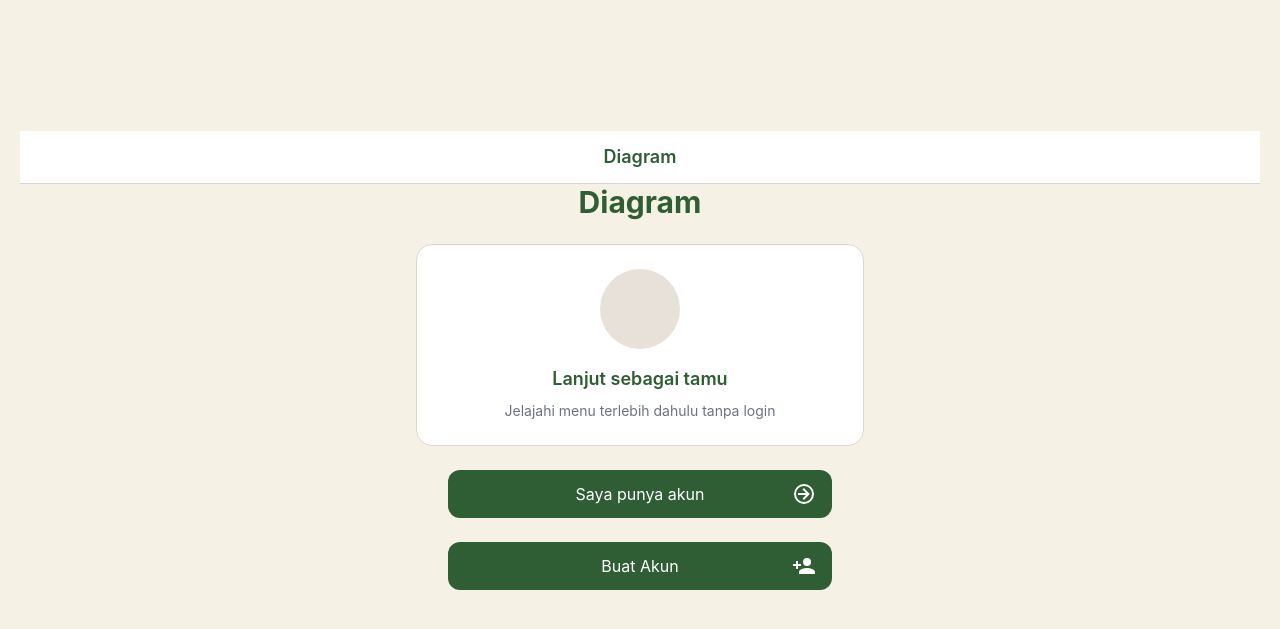
Repository: PajarAland/DiagramCoffee
Page: /
An editor plug-in stored every save of this project. The page is shown before and after the next save, followed by the edit.
The browser window is 1280 px wide. The pictures show the whole page.
The page's requests for data from a server got no answer. The project was rebuilt for these pictures with package versions that can differ from the ones it lists, and the page was loaded fresh each time. Some packages were replaced by stand-ins written for this rebuild. No one was signed in, and anything a server would have sent is missing. Also part of the build but not shown: vite.config.js, src/pages/Login.jsx, src/pages/Register.jsx, src/pages/Home.jsx, src/auth/ProtectedRoute.jsx.

Above is the page before, as saved 2026-04-26 17:56:47.

### index.html
<!doctype html>
<html lang="en">
  <head>
    <meta charset="UTF-8" />
    <link rel="icon" type="image/svg+xml" href="/favicon.svg" />
    <meta name="viewport" content="width=device-width, initial-scale=1.0" />
    <title>diagramcoffee</title>
  </head>
  <body>
    <div id="root"></div>
    <script type="module" src="/src/main.jsx"></script>
  </body>
</html>

### src/index.css
@tailwind base;
@tailwind components;
@tailwind utilities;

body {
  @apply font-sans;
}

### src/App.jsx
import { BrowserRouter, Routes, Route } from "react-router-dom";
import Landing from "./pages/Landing";
import Login from "./pages/Login";
import Register from "./pages/Register";
import Home from "./pages/Home";
import ProtectedRoute from "./auth/ProtectedRoute";
import { AuthProvider } from "./context/AuthContext";

function App() {
  return (
    <AuthProvider>
      <BrowserRouter>
        <Routes>
          <Route path="/" element={<Landing />} />
          <Route path="/login" element={<Login />} />
          <Route path="/register" element={<Register />} />

          <Route
            path="/home"
            element={
              <ProtectedRoute>
                <Home />
              </ProtectedRoute>
            }
          />
        </Routes>
      </BrowserRouter>
    </AuthProvider>
  );
}

export default App;

### src/pages/Landing.jsx
import { useNavigate } from "react-router-dom";
import { Link } from "react-router-dom";
import Navbar from "../components/ui/Navbar";
import arrowIconWhite from "../assets/mdi--arrow-right-thin-circle-outline-white.svg";
import accountAddWhite from "../assets/mdi--account-add-white.svg";

function Landing() {
  const navigate = useNavigate();

  return (
    <div className="min-h-screen bg-[#F5F1E5] flex flex-col items-center justify-center px-5">
      <Navbar title="Diagram" />
      <h1 className="text-3xl font-bold text-[#2F5D34] mb-6">
        Diagram
      </h1>

      <div className="bg-white rounded-2xl p-6 w-full max-w-md text-center border border-[#DDD6CE]">
        <div className="w-20 h-20 bg-[#E8E1D9] rounded-full mx-auto mb-4"></div>

        <Link to="/homeGuest" className="text-[#2F5D34] text-lg font-semibold hover:underline">
          Lanjut sebagai tamu
        </Link>

        <p className="text-gray-500 text-sm mt-2">
          Jelajahi menu terlebih dahulu tanpa login
        </p>
      </div>

      {/* <button onClick={() => navigate("/login")} className="mt-6 w-full max-w-md bg-[#2F5D34] text-white py-3 rounded-xl">
        Saya punya akun
      </button> */}

      <button
        onClick={() => navigate("/login")}
        className="mt-6 w-10/12 max-w-sm bg-[#2F5D34] text-white py-3 rounded-xl relative flex items-center justify-center"
      >
        <span className="text-center">Saya punya akun</span>

        <img
          src={arrowIconWhite}
          alt="arrow"
          className="w-6 h-6 absolute right-4"
        />
      </button>

      {/* <button onClick={() => navigate("/register")} className="mt-3 w-full max-w-md bg-[#446D48] text-white py-3 rounded-xl">
        Buat Akun
      </button> */}

      <button
        onClick={() => navigate("/register")}
        className="mt-6 w-10/12 max-w-sm bg-[#2F5D34] text-white py-3 rounded-xl relative flex items-center justify-center"
      >
        <span className="text-center">Buat Akun</span>

        <img
          src={accountAddWhite}
          alt="account add"
          className="w-6 h-6 absolute right-4"
        />
      </button>
    </div>
  );
}

export default Landing;

### src/context/AuthContext.jsx
import { createContext, useContext, useEffect, useState } from "react";
import API from "../services/api";

const AuthContext = createContext();

export function AuthProvider({ children }) {
  const [user, setUser] = useState(null);
  const [initialized, setInitialized] = useState(false); // penting

  // ambil user sekali saat app start (background)
  const fetchUser = async () => {
    try {
      const res = await API.get("/api/user");
      setUser(res.data.data);
    } catch {
      setUser(null);
    } finally {
      setInitialized(true);
    }
  };

  useEffect(() => {
    fetchUser();
  }, []);

  const refreshUser = async () => {
  try {
    const res = await API.get("/api/user");
    setUser(res.data.data);
  } catch {
    setUser(null);
  } finally {
    setInitialized(true);
  }
};

  const login = (userData) => {
    setUser(userData);
  };

  const logout = async () => {
    await API.post("/api/logout");
    setUser(null);
  };

  return (
    <AuthContext.Provider
      value={{
        user,
        setUser,
        login,
        logout,
        initialized, // status auth selesai dicek
        refreshUser, // fungsi untuk refresh data user
      }}
    >
      {children}
    </AuthContext.Provider>
  );
}

export const useAuth = () => useContext(AuthContext);

### src/components/ui/NavBar.jsx
import { useNavigate } from "react-router-dom";

function Navbar({ title = "Diagram", showBack = false }) {
    const navigate = useNavigate();

    return (
        <div className="w-full bg-white border-b border-[#DDD6CE] px-4 py-3 flex items-center justify-center relative">

        {/* Back button (optional) */}
        {showBack && (
            <button
            onClick={() => navigate(-1)}
            className="absolute left-4 text-[#2F5D34]"
            >
            ←
            </button>
        )}

        {/* Title */}
        <h1 className="text-lg font-semibold text-[#2F5D34]">
            {title}
        </h1>
        </div>
    );
}

export default Navbar;

### src/services/api.js
import axios from "axios";

const API = axios.create({
  baseURL: "http://localhost:8000",
  withCredentials: true,

  headers: {
    Accept: "application/json",
  },
});

// 🔥 INI YANG SELAMA INI KURANG
API.interceptors.request.use((config) => {
  const token = document.cookie
    .split("; ")
    .find(row => row.startsWith("XSRF-TOKEN="))
    ?.split("=")[1];

  if (token) {
    config.headers["X-XSRF-TOKEN"] = decodeURIComponent(token);
  }

  return config;
});

export default API;

### tailwind.config.js
/** @type {import('tailwindcss').Config} */
export default {
  content: [
    "./index.html",
    "./src/**/*.{js,jsx,ts,tsx}",
  ],
  theme: {
    fontFamily: {
      sans: ["Inter", "ui-sans-serif", "system-ui"],
    },
    extend: {},
  },
  plugins: [],
}

Loaded but not shown: src/main.jsx (common file)

After the next save:
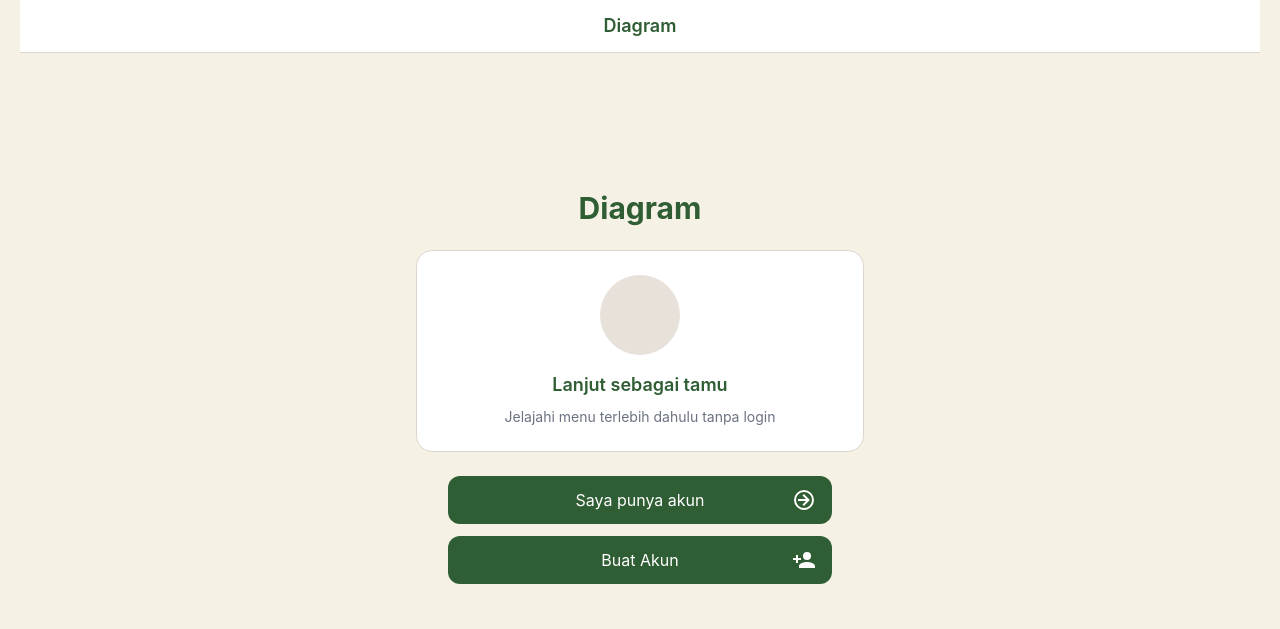
Saved 25 s later.
--- a/src/pages/Landing.jsx
+++ b/src/pages/Landing.jsx
@@ -8,58 +8,46 @@ function Landing() {
   const navigate = useNavigate();
 
   return (
-    <div className="min-h-screen bg-[#F5F1E5] flex flex-col items-center justify-center px-5">
-      <Navbar title="Diagram" />
-      <h1 className="text-3xl font-bold text-[#2F5D34] mb-6">
-        Diagram
-      </h1>
+    <div className="min-h-screen bg-[#F5F1E5] flex flex-col items-center px-5">
 
-      <div className="bg-white rounded-2xl p-6 w-full max-w-md text-center border border-[#DDD6CE]">
-        <div className="w-20 h-20 bg-[#E8E1D9] rounded-full mx-auto mb-4"></div>
+  <Navbar title="Diagram" />
 
-        <Link to="/homeGuest" className="text-[#2F5D34] text-lg font-semibold hover:underline">
-          Lanjut sebagai tamu
-        </Link>
+  <div className="flex flex-col items-center justify-center flex-1 w-full">
 
-        <p className="text-gray-500 text-sm mt-2">
-          Jelajahi menu terlebih dahulu tanpa login
-        </p>
-      </div>
+    <h1 className="text-3xl font-bold text-[#2F5D34] mb-6">
+      Diagram
+    </h1>
 
-      {/* <button onClick={() => navigate("/login")} className="mt-6 w-full max-w-md bg-[#2F5D34] text-white py-3 rounded-xl">
-        Saya punya akun
-      </button> */}
+    <div className="bg-white rounded-2xl p-6 w-full max-w-md text-center border border-[#DDD6CE]">
+      <div className="w-20 h-20 bg-[#E8E1D9] rounded-full mx-auto mb-4"></div>
 
-      <button
-        onClick={() => navigate("/login")}
-        className="mt-6 w-10/12 max-w-sm bg-[#2F5D34] text-white py-3 rounded-xl relative flex items-center justify-center"
-      >
-        <span className="text-center">Saya punya akun</span>
+      <Link to="/homeGuest" className="text-[#2F5D34] text-lg font-semibold hover:underline">
+        Lanjut sebagai tamu
+      </Link>
 
-        <img
-          src={arrowIconWhite}
-          alt="arrow"
-          className="w-6 h-6 absolute right-4"
-        />
-      </button>
+      <p className="text-gray-500 text-sm mt-2">
+        Jelajahi menu terlebih dahulu tanpa login
+      </p>
+    </div>
 
-      {/* <button onClick={() => navigate("/register")} className="mt-3 w-full max-w-md bg-[#446D48] text-white py-3 rounded-xl">
-        Buat Akun
-      </button> */}
+    <button
+      onClick={() => navigate("/login")}
+      className="mt-6 w-10/12 max-w-sm bg-[#2F5D34] text-white py-3 rounded-xl relative flex items-center justify-center"
+    >
+      <span className="text-center">Saya punya akun</span>
+      <img src={arrowIconWhite} alt="arrow" className="w-6 h-6 absolute right-4" />
+    </button>
 
-      <button
-        onClick={() => navigate("/register")}
-        className="mt-6 w-10/12 max-w-sm bg-[#2F5D34] text-white py-3 rounded-xl relative flex items-center justify-center"
-      >
-        <span className="text-center">Buat Akun</span>
+    <button
+      onClick={() => navigate("/register")}
+      className="mt-3 w-10/12 max-w-sm bg-[#2F5D34] text-white py-3 rounded-xl relative flex items-center justify-center"
+    >
+      <span className="text-center">Buat Akun</span>
+      <img src={accountAddWhite} alt="account add" className="w-6 h-6 absolute right-4" />
+    </button>
 
-        <img
-          src={accountAddWhite}
-          alt="account add"
-          className="w-6 h-6 absolute right-4"
-        />
-      </button>
-    </div>
+  </div>
+</div>
   );
 }
 
